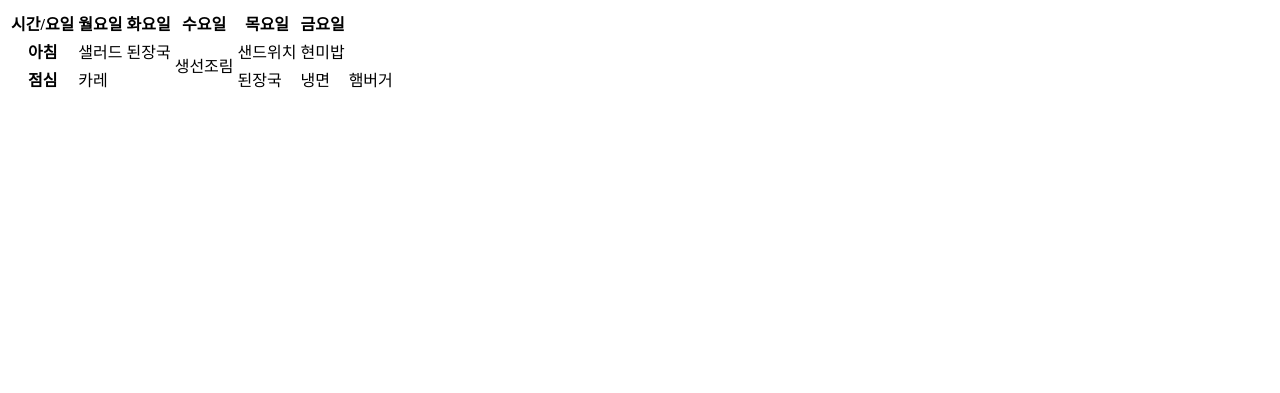
Repository: hana825/Web
Page: web/WebContent/test.html
The author's editor kept a copy of each file at every save. The page is drawn from the files as they stood at one save, then again after the next save.
The browser window is 1280 px wide. The pictures show the whole page.

Above is the page before, as saved 2022-03-17 08:30:33.

After the next save:
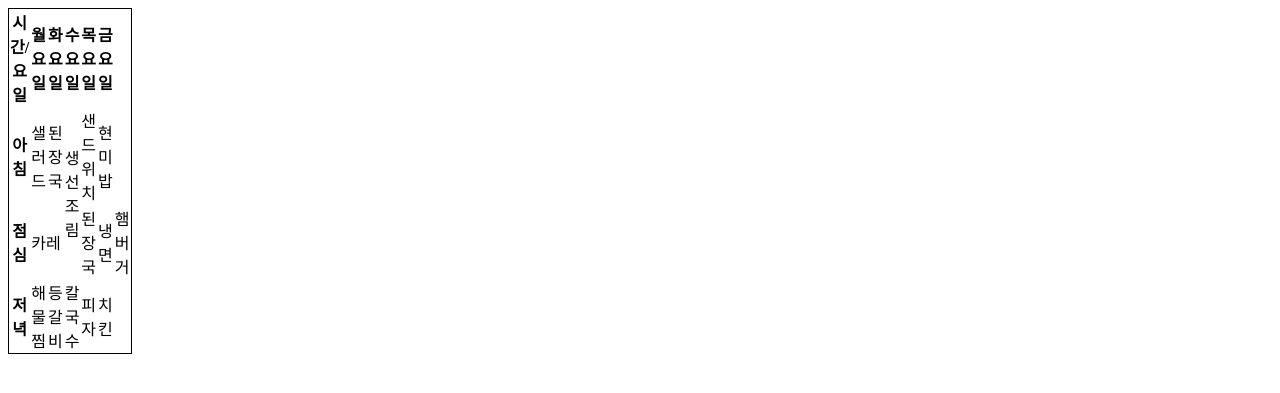
Saved 4 min 33 s later.
--- a/web/WebContent/test.html
+++ b/web/WebContent/test.html
@@ -3,6 +3,18 @@
 <head>
 <meta charset="UTF-8">
 <title>Insert title here</title>
+
+<style>
+table{width:5px;
+	   border-collapse: collapse;
+	   border: 1px solid black;
+}
+
+th{font-weight: bold;
+}
+
+
+</style>
 </head>
 <body>
 
@@ -21,13 +33,18 @@
 		<td>샌드위치</td>
 		<td>현미밥</td>
 	</tr>
-		</tr>
 		<tr><th>점심</th>
 		<td colspan='2'>카레</td>
 		<td>된장국</td>
 		<td>냉면</td>
 		<td>햄버거</td>
-
+	</tr>
+		<tr><th>저녁</th>
+		<td>해물찜</td>
+		<td>등갈비</td>
+		<td>칼국수</td>
+		<td>피자</td>
+		<td>치킨</td>
 	</tr>
 </table>
 
